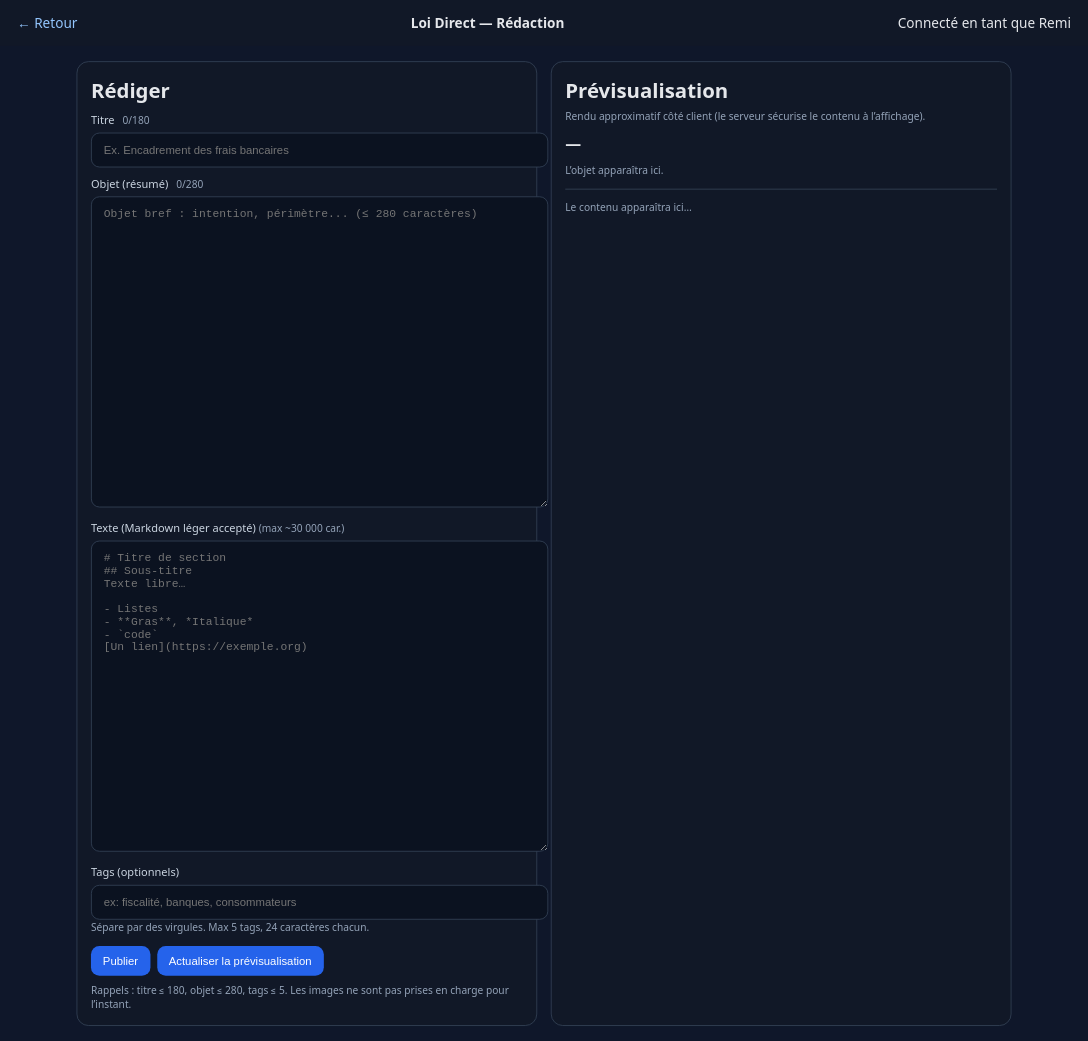
Repository: remi77130/loi-direct
Page: http://localhost/loi/write.php
These files come from the project's save history. The page is drawn as it stood at one moment and after the next save; the edit follows.
The browser window is 1280 px wide. The pictures show the whole page, at 85% of full size.
The page is run by PHP 8.4 with error messages shown; the project is at /var/www/html/. The session is filled in as if someone had signed in: {"user_id": 37, "pseudo": "Remi"}. Other server files are loaded and not shown.

Above is the page before, as saved 2025-09-18 10:07:02.

### write.php
<?php
// write.php
declare(strict_types=1);
session_start();
require __DIR__ . '/db.php';
require __DIR__ . '/auth.php';
require_login();

// CSRF token
if (empty($_SESSION['csrf'])) {
  $_SESSION['csrf'] = bin2hex(random_bytes(16));
}
$csrf = $_SESSION['csrf'];
?>
<!doctype html>
<html lang="fr">
<head>
<meta charset="utf-8"><meta name="viewport" content="width=device-width, initial-scale=1">
<title>Écrire un projet — Loi Direct</title>
<style>
  :root{font-family:system-ui,Segoe UI,Roboto,Arial,sans-serif}
  body{background:#0f172a;color:#e5e7eb;margin:0}
  header{display:flex;justify-content:space-between;align-items:center;padding:16px 20px;background:#111827;position:sticky;top:0}
  a{color:#93c5fd;text-decoration:none}
  .wrap{max-width:1100px;margin:18px auto;padding:0 16px}
  .row{display:grid;grid-template-columns:1fr 1fr;gap:16px}
  .card{background:#111827;border:1px solid #334155;border-radius:14px;padding:16px}
  label{display:block;font-size:13px;color:#cbd5e1;margin:10px 0 6px}
  input[type=text], textarea{
    width:100%;padding:12px 14px;border-radius:10px;border:1px solid #334155;background:#0b1220;color:#e5e7eb;outline:none
  }
  textarea{min-height:340px;resize:vertical}
  .muted{font-size:12px;color:#94a3b8}
  .count{font-size:12px;margin-left:6px;color:#94a3b8}
  .btn{background:#2563eb;color:#fff;border:none;border-radius:10px;padding:10px 14px;text-decoration:none;cursor:pointer}
  .actions{display:flex;gap:8px;margin-top:14px}
  .preview h1,.preview h2,.preview h3{margin:8px 0}
  .preview p{line-height:1.5}
  .preview code{background:#0b1220;padding:2px 6px;border-radius:6px}
  .preview pre{white-space:pre-wrap;background:#0b1220;padding:10px;border-radius:10px;border:1px solid #334155}
  .preview ul, .preview ol{padding-left:20px}
  .taghint{font-size:12px;color:#94a3b8}
</style>
</head>
<body>
<header>
  <div><a href="index.php">&larr; Retour</a></div>
  <strong>Loi Direct — Rédaction</strong>
  <div>Connecté en tant que <span style="color:#e5e7eb"><?php echo htmlspecialchars($_SESSION['pseudo'],ENT_QUOTES); ?></span></div>
</header>

<main class="wrap">
  <form id="form" method="post" action="save_project.php" enctype="multipart/form-data" novalidate>
    <div class="row">
      <!-- Editeur -->
      <section class="card">
        <h2 style="margin:0 0 6px">Rédiger</h2>
        <label for="title">Titre <span class="count" id="ctTitle">0/180</span></label>
        <input type="text" id="title" name="title" maxlength="180" required placeholder="Ex. Encadrement des frais bancaires">

        <label for="summary">Objet (résumé) <span class="count" id="ctSummary">0/280</span></label>
        <textarea id="summary" name="summary" maxlength="280" placeholder="Objet bref : intention, périmètre... (≤ 280 caractères)"></textarea>

        <label for="body">Texte (Markdown léger accepté) <span class="muted">(max ~30 000 car.)</span></label>
        <textarea id="body" name="body" placeholder="# Titre de section
## Sous-titre
Texte libre…

- Listes
- **Gras**, *Italique*
- `code`
[Un lien](https://exemple.org)"></textarea>

        <label for="tags">Tags (optionnels)</label>
        <input type="text" id="tags" name="tags" placeholder="ex: fiscalité, banques, consommateurs">
        <div class="taghint">Sépare par des virgules. Max 5 tags, 24 caractères chacun.</div>

        <div class="actions">
          <input type="hidden" name="csrf" value="<?php echo htmlspecialchars($csrf, ENT_QUOTES); ?>">
          <button class="btn" type="submit">Publier</button>
          <button class="btn" type="button" id="btnPreview">Actualiser la prévisualisation</button>
        </div>
        <div class="muted" style="margin-top:8px">
          Rappels : titre ≤ 180, objet ≤ 280, tags ≤ 5. Les images ne sont pas prises en charge pour l’instant.
        </div>
      </section>

      <!-- Preview -->
      <aside class="card">
        <h2 style="margin:0 0 6px">Prévisualisation</h2>
        <div class="muted">Rendu approximatif côté client (le serveur sécurise le contenu à l’affichage).</div>
        <article id="preview" class="preview" style="margin-top:10px">
          <h1 id="pv-title" style="margin:0">—</h1>
          <p id="pv-summary" class="muted">L’objet apparaîtra ici.</p>
          <hr style="border:0;border-top:1px solid #334155;margin:12px 0">
          <div id="pv-body" class="muted">Le contenu apparaîtra ici…</div>
          <div id="pv-tags" class="muted" style="margin-top:10px"></div>
        </article>
      </aside>
    </div>
  </form>
</main>

<script>
// Compteurs
const titleEl = document.getElementById('title');
const summaryEl = document.getElementById('summary');
const bodyEl = document.getElementById('body');
const tagsEl = document.getElementById('tags');
const ctTitle = document.getElementById('ctTitle');
const ctSummary = document.getElementById('ctSummary');

function updateCounts(){
  ctTitle.textContent = `${titleEl.value.length}/180`;
  ctSummary.textContent = `${summaryEl.value.length}/280`;
}
['input','change'].forEach(evt=>{
  titleEl.addEventListener(evt, updateCounts);
  summaryEl.addEventListener(evt, updateCounts);
});
updateCounts();

// Mini renderer Markdown (basique) pour la preview
function mdRender(src){
  let html = src
    .replace(/&/g,'&amp;').replace(/</g,'&lt;').replace(/>/g,'&gt;');

  // Headings
  html = html.replace(/^### (.*)$/gm, '<h3>$1</h3>');
  html = html.replace(/^## (.*)$/gm, '<h2>$1</h2>');
  html = html.replace(/^# (.*)$/gm, '<h1>$1</h1>');

  // Bold / italic / code inline
  html = html.replace(/\*\*(.+?)\*\*/g, '<strong>$1</strong>');
  html = html.replace(/\*(.+?)\*/g, '<em>$1</em>');
  html = html.replace(/`([^`]+?)`/g, '<code>$1</code>');

  // Links
  html = html.replace(/\[([^\]]+)\]\((https?:\/\/[^\s)]+)\)/g, '<a href="$2" target="_blank" rel="noopener">$1</a>');

  // Lists
  html = html.replace(/(?:^|\n)[ \t]*- (.*)(?=\n|$)/g, match => match.replace(/^- /gm,'• ').replace(/^/,'<div>').replace(/$/,'</div>'));
  html = html.replace(/\n{2,}/g, '\n\n');
  html = html.split(/\n\n/).map(p=>{
    if (p.match(/^<h[1-3]>/)) return p;
    if (p.startsWith('<div>')) return p; // liste transformée
    return `<p>${p.replace(/\n/g,'<br>')}</p>`;
  }).join('');
  return html;
}

function refreshPreview(){
  document.getElementById('pv-title').textContent = titleEl.value || '—';
  document.getElementById('pv-summary').textContent = summaryEl.value || 'L’objet apparaîtra ici.';
  document.getElementById('pv-body').innerHTML = bodyEl.value ? mdRender(bodyEl.value) : 'Le contenu apparaîtra ici…';

  const tags = (tagsEl.value || '')
    .split(',')
    .map(t=>t.trim())
    .filter(Boolean)
    .slice(0,5);
  document.getElementById('pv-tags').textContent = tags.length ? 'Tags : ' + tags.join(', ') : '';
}
['input','change'].forEach(evt=>{
  titleEl.addEventListener(evt, refreshPreview);
  summaryEl.addEventListener(evt, refreshPreview);
  bodyEl.addEventListener(evt, refreshPreview);
  tagsEl.addEventListener(evt, refreshPreview);
});
document.getElementById('btnPreview').addEventListener('click', refreshPreview);
refreshPreview();
</script>
</body>
</html>

### db.php
<?php
// db.php Ignore db.php (dans .gitignore) s’il contient identifiants.
declare(strict_types=1);

const DB_HOST = '127.0.0.1';
const DB_NAME = 'loi_direct';
const DB_USER = 'root';
const DB_PASS = ''; // XAMPP par défaut

$mysqli = new mysqli(DB_HOST, DB_USER, DB_PASS, DB_NAME);
if ($mysqli->connect_errno) {
    http_response_code(500);
    exit('Erreur BDD: '.$mysqli->connect_error);
}
$mysqli->set_charset('utf8mb4');

### auth.php
<?php
// auth.php
declare(strict_types=1);

function is_logged_in(): bool {
    return isset($_SESSION['user_id'], $_SESSION['pseudo']);
}

function require_login(): void {
    if (!is_logged_in()) {
        header('Location: login.php?next=' . urlencode($_SERVER['REQUEST_URI'] ?? '/'));
        exit;
    }
}

After the next save:
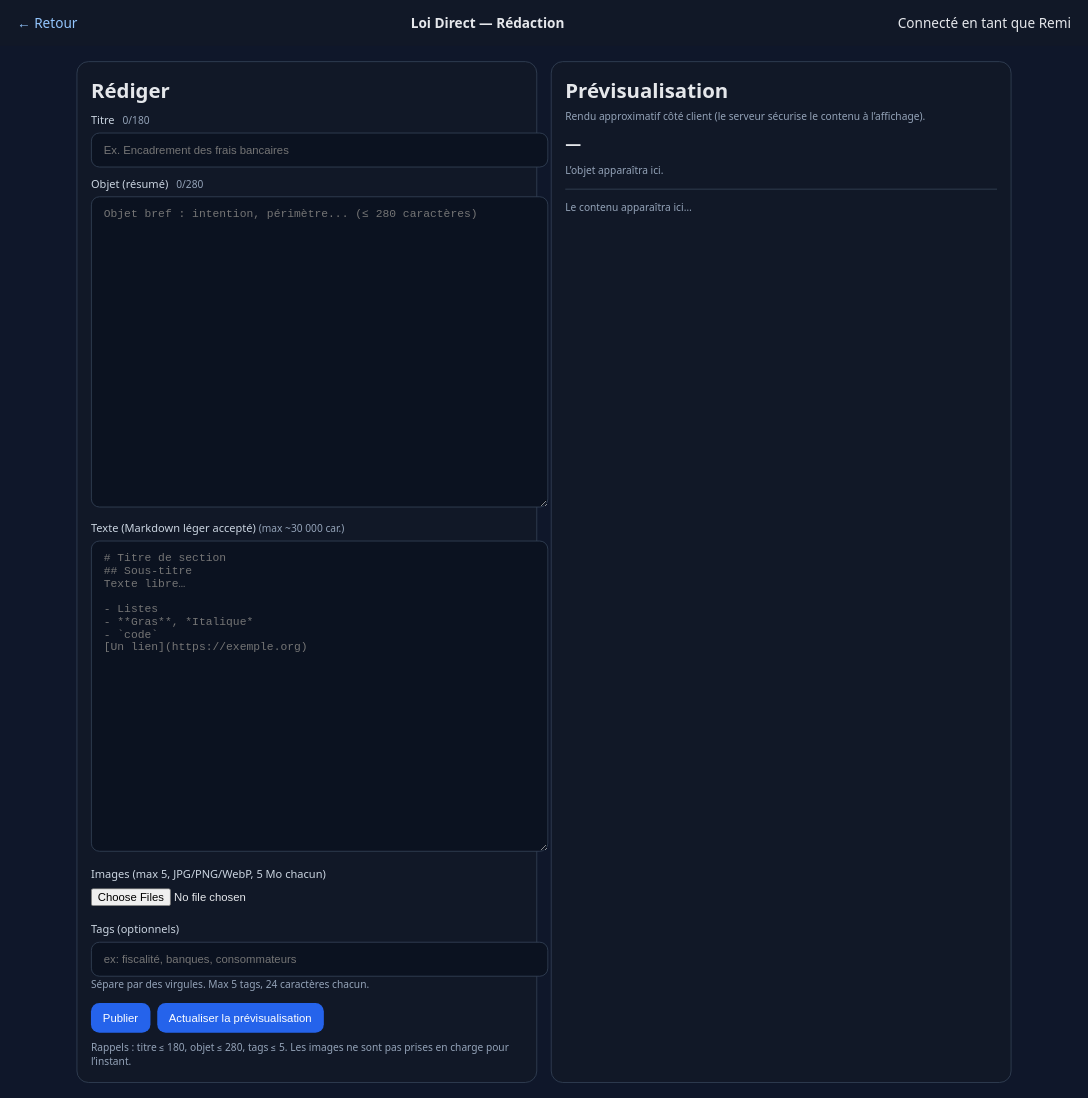
Saved 62 s later.
--- a/write.php
+++ b/write.php
@@ -70,6 +70,17 @@ Texte libre…
 - **Gras**, *Italique*
 - `code`
 [Un lien](https://exemple.org)"></textarea>
+
+
+
+<div style="margin-top:12px">
+  <label style="display:block;margin-bottom:6px">Images (max 5, JPG/PNG/WebP, 5 Mo chacun)</label>
+  <input type="file" name="images[]" id="images" accept="image/*" multiple>
+  <div id="imgPreview" style="display:flex;gap:8px;flex-wrap:wrap;margin-top:8px"></div>
+</div>
+
+
+
 
         <label for="tags">Tags (optionnels)</label>
         <input type="text" id="tags" name="tags" placeholder="ex: fiscalité, banques, consommateurs">
